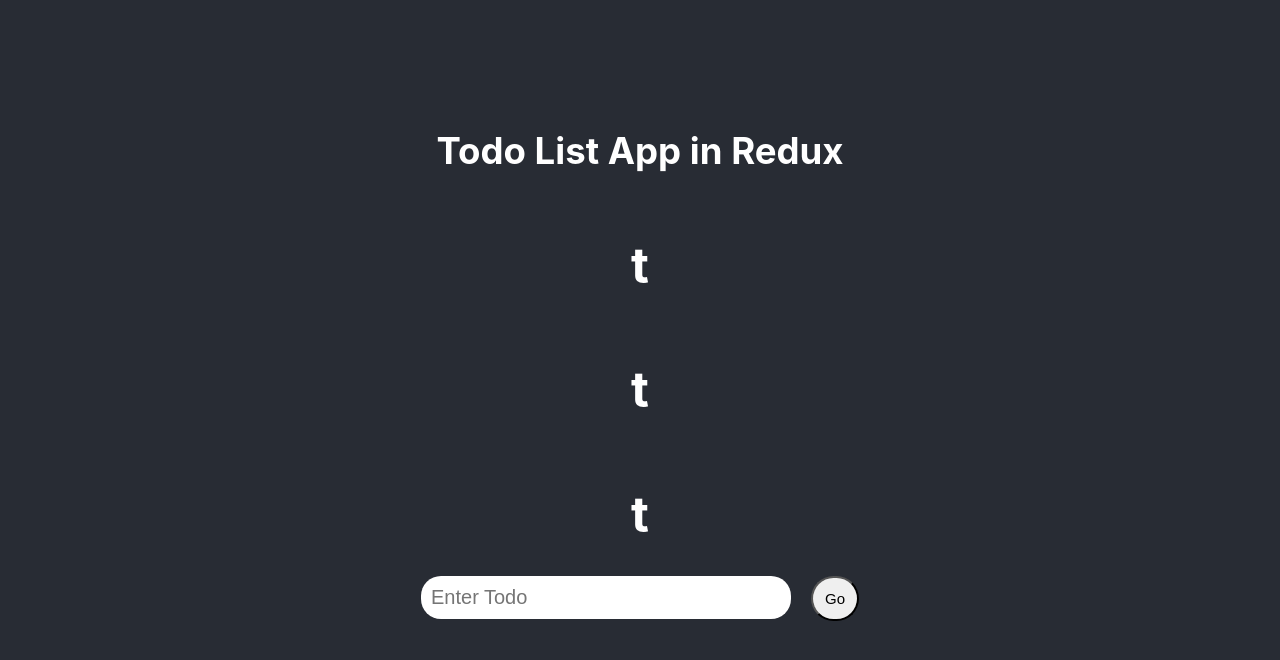
Repository: mahsa199170/React-Redux-Projects
Page: / (app in redux-todo-list/)
The author's editor kept a copy of each file at every save. The page is drawn from the files as they stood at one save, then again after the next save.
The browser window is 1280 px wide. The pictures show the whole page.
The project was rebuilt for these pictures with package versions that can differ from the ones it lists, and the page was loaded fresh each time. Also part of the build but not shown: redux-todo-list/src/components/Count.js.

Above is the page before, as saved 2024-10-24 17:54:56.

### redux-todo-list/src/index.js
import React from 'react';
import ReactDOM from 'react-dom/client';
import './index.css';
import App from './App';
import { store } from './store';
import { Provider } from 'react-redux';

const root = ReactDOM.createRoot(document.getElementById('root'));
root.render(
  <React.StrictMode>
    <Provider store={store}>
      <App />
    </Provider>
  </React.StrictMode>
);

### redux-todo-list/src/App.js
import './App.css';

import React from 'react';
import Count from './components/Count';
import Todo from './components/todo/Todo';

const App = () => {
  return (
    <div className="App">
      <header className="App-header">
        <Todo />
        {/* <Count /> */}
      </header>
    </div>
  );
};

export default App;

### redux-todo-list/src/store.js
import { createStore, combineReducers, applyMiddleware } from 'redux';
import { thunk } from 'redux-thunk';
import { composeWithDevTools } from 'redux-devtools-extension';
// import { TodoReducer } from './reducer/TodoReducer';
import countReducer from './slice/countSlice';
import todoReducer from './slice/todoSlice';

const reducer = combineReducers({
  todo: todoReducer,
  counter: countReducer,
});

const initialState = {};

const middleWare = [thunk];

export const store = createStore(
  reducer,
  initialState,
  composeWithDevTools(applyMiddleware(...middleWare))
);

### redux-todo-list/src/App.css
.App {
  text-align: center;
}

.App-header {
  background-color: #282c34;
  min-height: 100vh;
  display: flex;
  flex-direction: column;
  align-items: center;
  justify-content: center;
  font-size: calc(10px + 2vmin);
  color: white;
}

.allTodos {
  list-style: none;
  margin: 0;
  padding: 0;
}

.singleTodo {
  border-radius: 50px;
  margin: 10px 0;
  background-color: #5dadf8;
  padding: 10px 20px;
  display: flex;
  width: 450px;
  align-items: center;
}

.todoText {
  text-align: start;
  flex: 1;
}

### redux-todo-list/src/components/todo/Todo.js
import React from 'react';
import { useSelector } from 'react-redux';
import { selectTodo } from '../../slice/todoSlice';

const Todo = () => {
  const todo = useSelector(selectTodo);

  return (
    <>
      <h2>Todo List App in Redux</h2>
      {todo.map((t) => {
        return <h1>t</h1>;
      })}
      <form>
        <input
          type="text"
          placeholder="Enter Todo"
          style={{
            width: 350,
            padding: 10,
            borderRadius: 20,
            border: 'none',
            fontSize: 20,
          }}
        />
        <button
          type="submit"
          style={{
            padding: 12,
            borderRadius: 25,

            fontSize: 15,
            marginLeft: 20,
          }}
        >
          Go
        </button>
      </form>
      {/* <ul className="allTodos">
        <li className="singleTodo">
          <span className="todoText">First Todo</span>
          <button
            style={{
              padding: 10,
              borderRadius: 25,
              border: '1px solid white',
              color: 'white',
              backgroundColor: 'orangered',
            }}
          >
            Delete
          </button>
        </li>
      </ul> */}
    </>
  );
};

export default Todo;

### redux-todo-list/src/slice/countSlice.js
import { createSlice } from '@reduxjs/toolkit';

const initialState = {
  count: 0,
};

const countSlice = createSlice({
  name: 'counter',
  initialState,
  reducers: {
    ADD_BY_ONE: (state, action) => {
      state.count += action.payload;
    },
    MINUS_ONE: (state, action) => {
      state.count -= 1;
    },
    RESET_NUMBER: (state, action) => {
      state.count = 0;
    },
  },
});

export const selectCount = (state) => state.counter.count;
export const { ADD_BY_ONE, MINUS_ONE, RESET_NUMBER } = countSlice.actions;

export default countSlice.reducer;

### redux-todo-list/src/slice/todoSlice.js
import { createSlice } from '@reduxjs/toolkit';

const initialState = {
  todo: [1, 2, 3],
};

const todoSlice = createSlice({
  name: 'todo',
  initialState,
  reducers: {},
});

export const selectTodo = (state) => state.todo.todo;
export default todoSlice.reducer;

Loaded but not shown: redux-todo-list/public/index.html (common file); redux-todo-list/src/index.css (common file)

After the next save:
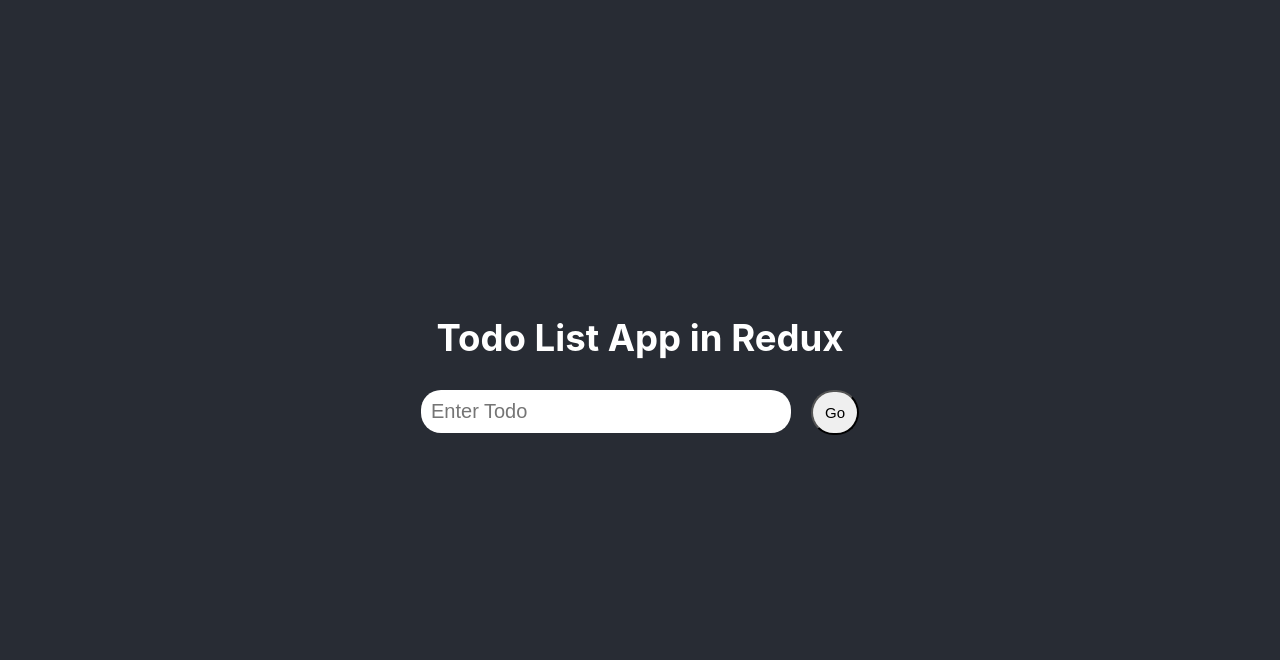
Saved 10 s later.
--- a/redux-todo-list/src/components/todo/Todo.js
+++ b/redux-todo-list/src/components/todo/Todo.js
@@ -8,9 +8,9 @@
   return (
     <>
       <h2>Todo List App in Redux</h2>
-      {todo.map((t) => {
+      {/* {todo.map((t) => {
         return <h1>t</h1>;
-      })}
+      })} */}
       <form>
         <input
           type="text"
